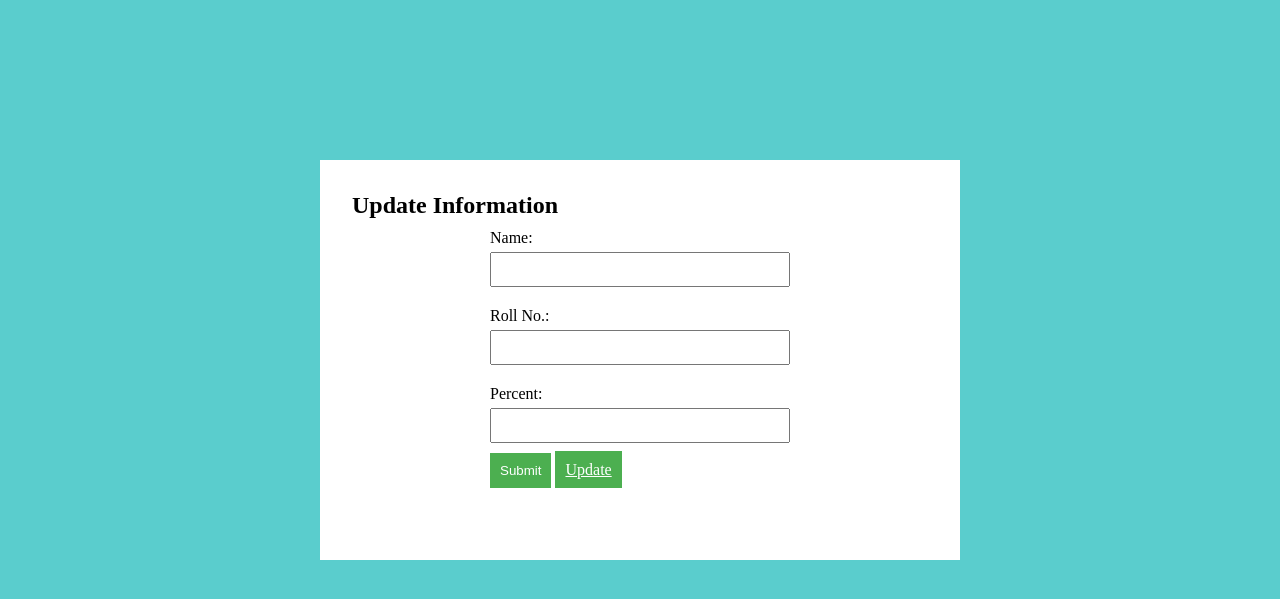
Repository: deeptimahisare1206/Todo_List
Page: http://localhost/Hib_Nest/Update.jsp
These files come from the project's save history. The page is drawn as it stood at one moment and after the next save; the edit follows.
The browser window is 1280 px wide. The pictures show the whole page.
The page is served by Tomcat 10.

Above is the page before, as saved 2024-11-11 11:27:47.

After the next save:
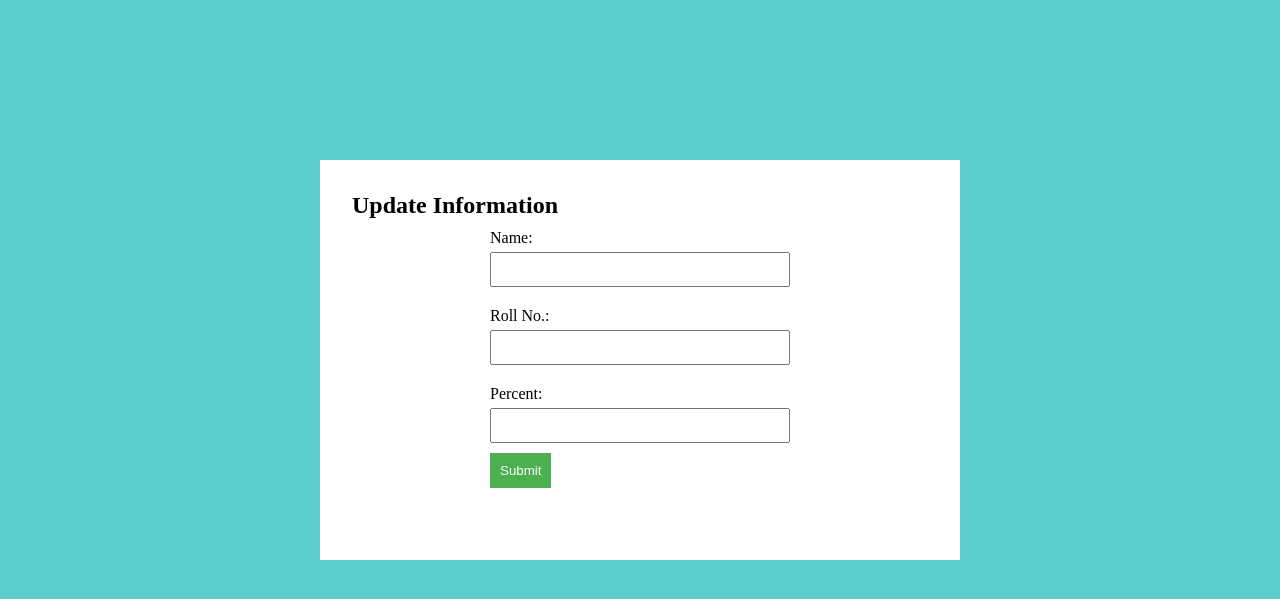
Saved 2 min 26 s later.
--- a/Hib_Nest/src/main/webapp/Update.jsp
+++ b/Hib_Nest/src/main/webapp/Update.jsp
@@ -63,7 +63,6 @@ input[type="submit"]:hover {
 			No.: </label> <input type="number" name="roll"> <label>Percent:
 		</label><input type="number" name="percent"> <input type="submit"
 			value="Submit">
-			<a href="Update.jsp">Update</a>
 	</form>
 	</div>
 </body>
